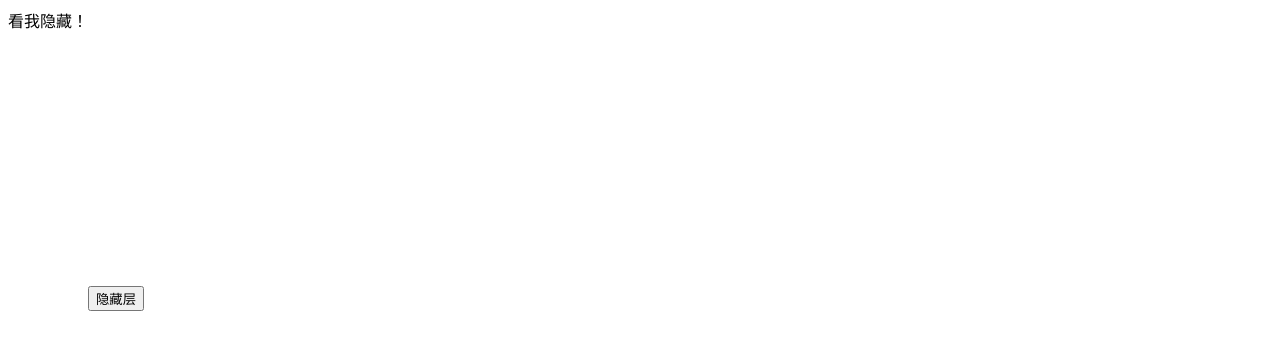
Repository: ilbcjstudio/wj
Page: http://localhost/DemoSSH/index.jsp
The author's editor kept a copy of each file at every save. The page is drawn from the files as they stood at one save, then again after the next save.
The browser window is 1280 px wide. The pictures show the whole page.
The page is served by Tomcat 9. Other server files are loaded and not shown.

Above is the page before, as saved 2015-03-20 07:18:14.

### DemoSSH/WebRoot/index.jsp
<%@ page language="java" import="java.util.*" pageEncoding="UTF-8"%>
<%
String path = request.getContextPath();
String basePath = request.getScheme()+"://"+request.getServerName()+":"+request.getServerPort()+path+"/";
%>

<!DOCTYPE HTML PUBLIC "-//W3C//DTD HTML 4.01 Transitional//EN">
<html>
  <head>
    <base href="<%=basePath%>">

    <title>My JSP 'index.jsp' starting page</title>
	<meta http-equiv="pragma" content="no-cache">
	<meta http-equiv="cache-control" content="no-cache">
	<meta http-equiv="expires" content="0">
	<meta http-equiv="keywords" content="keyword1,keyword2,keyword3">
	<meta http-equiv="description" content="This is my page">
	<!--
	<link rel="stylesheet" type="text/css" href="styles.css">
	-->
  <script type="text/javascript">
function a(){
	var Layer1=document.getElementById("Layer1");

	if(Layer1.style.display=='none'){
		Layer1.style.display='block';
		document.getElementById("b1").value="隐藏层";
	}else{
		Layer1.style.display='none'
		document.getElementById("b1").value="显示层";
	}
}
</script>
<body>
<div id="Layer1">看我隐藏！</div>
<p>&nbsp;</p>
<p>&nbsp;</p>
<p>&nbsp;</p>
<p>&nbsp;</p>
<p>&nbsp;</p>
<p>&nbsp;</p>
<p>&nbsp;</p>
<p>&nbsp;&nbsp;&nbsp;&nbsp;&nbsp;&nbsp;&nbsp;&nbsp;&nbsp;&nbsp;&nbsp;&nbsp;&nbsp;&nbsp;&nbsp;&nbsp;&nbsp;&nbsp;&nbsp;
  <label>
  <input type="submit" name="Submit" value="隐藏层" id="b1" onclick="a()"/>
  </label>
</p>
<p align="center">&nbsp; </p>
<p align="center">&nbsp; </p>
<p align="center">&nbsp; </p></head>

  </body>
</html>

After the next save:
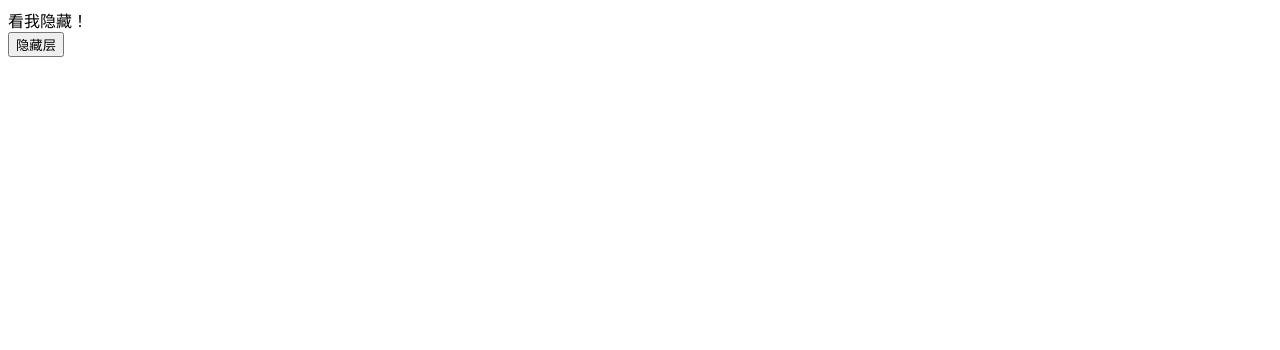
Saved 75 s later.
--- a/DemoSSH/WebRoot/index.jsp
+++ b/DemoSSH/WebRoot/index.jsp
@@ -33,21 +33,8 @@ function a(){
 </script>
 <body>
 <div id="Layer1">看我隐藏！</div>
-<p>&nbsp;</p>
-<p>&nbsp;</p>
-<p>&nbsp;</p>
-<p>&nbsp;</p>
-<p>&nbsp;</p>
-<p>&nbsp;</p>
-<p>&nbsp;</p>
-<p>&nbsp;&nbsp;&nbsp;&nbsp;&nbsp;&nbsp;&nbsp;&nbsp;&nbsp;&nbsp;&nbsp;&nbsp;&nbsp;&nbsp;&nbsp;&nbsp;&nbsp;&nbsp;&nbsp;
-  <label>
   <input type="submit" name="Submit" value="隐藏层" id="b1" onclick="a()"/>
-  </label>
-</p>
-<p align="center">&nbsp; </p>
-<p align="center">&nbsp; </p>
-<p align="center">&nbsp; </p></head>
+
 
   </body>
 </html>
